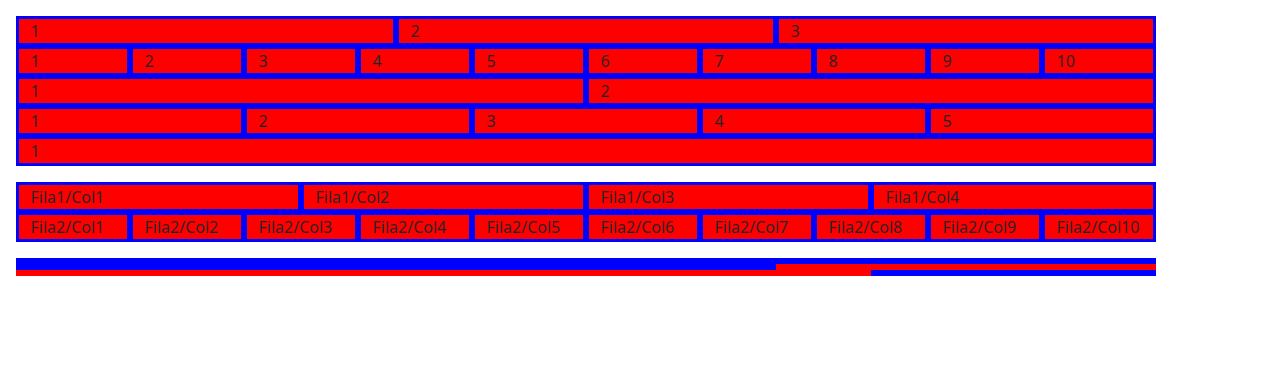
Repository: alexvl06/alexvl06.github.io
Page: index.html
The author's editor kept a copy of each file at every save. The page is drawn from the files as they stood at one save, then again after the next save.
The browser window is 1280 px wide. The pictures show the whole page.

Above is the page before, as saved 2022-07-11 08:34:27.

After the next save:
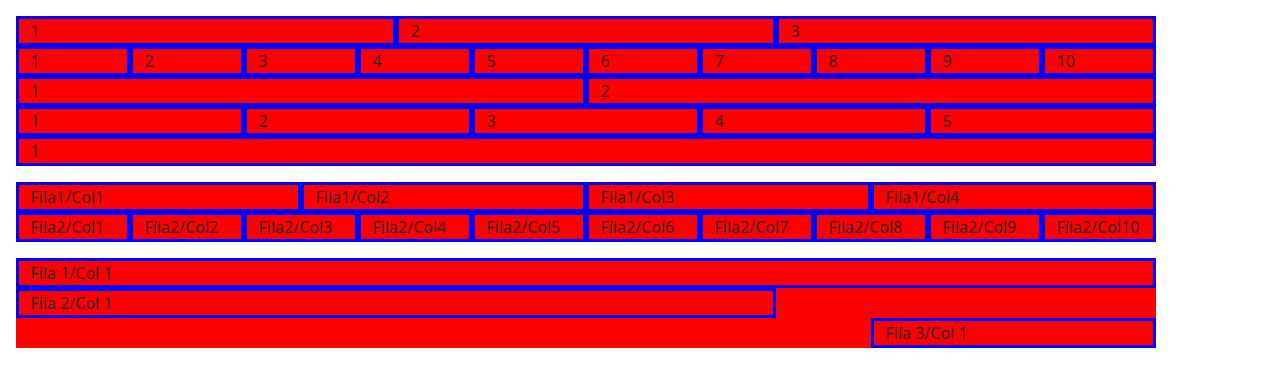
Saved 69 s later.
--- a/index.html
+++ b/index.html
@@ -69,13 +69,13 @@
 
     <div class="container m-3" style="background: red;">
       <div class="row">
-        <div class="col-12" style="border: solid blue"></div>
+        <div class="col-12" style="border: solid blue">Fila 1/Col 1</div>
       </div>
       <div class="row">
-        <div class="col-8" style="border: solid blue"></div>
+        <div class="col-8" style="border: solid blue">Fila 2/Col 1</div>
       </div>
       <div class="row">
-        <div class="col-3 offset-9" style="border: solid blue"></div></div>
+        <div class="col-3 offset-9" style="border: solid blue">Fila 3/Col 1</div></div>
     </div>
     <script
       src="https://cdn.jsdelivr.net/npm/bootstrap@5.2.0-beta1/dist/js/bootstrap.bundle.min.js"
